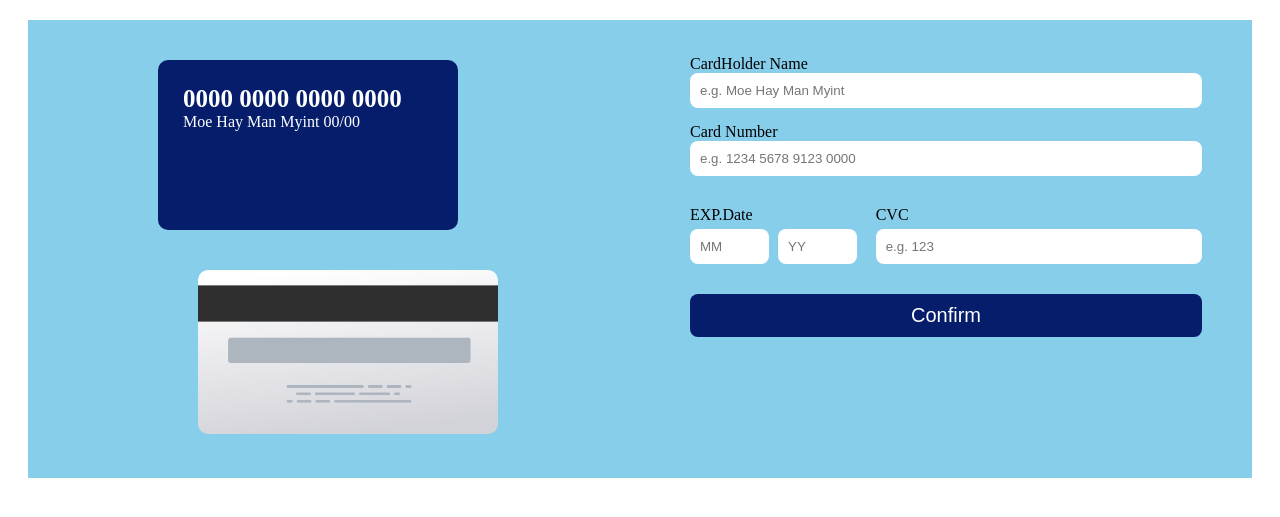
Repository: moehaymanmyint/Interactive-Card-Details-Form
Page: index.html
An editor plug-in stored every save of this project. The page is shown before and after a run of saves, followed by the edit.
The browser window is 1280 px wide. The pictures show the whole page.

Above is the page before, as saved 2024-10-16 22:26:12.

### index.html
<!DOCTYPE html>
<html lang="en">
<head>
    <meta charset="UTF-8">
    <meta name="viewport" content="width=device-width, initial-scale=1.0">
    <title>Interactive Card Details Form</title>
    <link rel="stylesheet" href="style.css">
</head>
<body>
    <div class="container">
        <!-- Left Side -->
    <div class="left-container">
        <div class="front-card">
            <div class="number">0000 0000 0000 0000</div>
            <span class="name">Moe Hay Man Myint</span>
            <span class="date">00/00</span>
        </div>
        <div class="back-card">
            <img src="./img/bg-card-back.png" alt="">
        </div>
    </div>

    <!-- Right Side -->
    <div class="right-container">
        <form action="">
            <div class="card-name">
                <label for="">CardHolder Name</label><br>
                <input type="text" placeholder="e.g. Moe Hay Man Myint" class="card-input">
            </div>
            <div class="card-number">
                <label for="">Card Number</label><br>
                <input type="number" placeholder="e.g. 1234 5678 9123 0000" class="card-input">
            </div>
            <div class="card-info">
                <div class="" style="width: 35%;">
                    <label for="">EXP.Date</label><br>
                    <input type="text" placeholder="MM" class="card-date">
                    <input type="text" placeholder="YY" class="card-date">
                </div>
                <div class="cvc" style="width: 65%;">
                    <label for="">CVC</label><br>
                    <input type="number" placeholder="e.g. 123" class="card-cvc">
                </div>
            </div>

            <div class="btn">
                <input type="submit" value="Confirm" class="confirm-btn">
            </div>
        </form>
    </div>
    </div>
</body>
</html>

### style.css
.container{
    background-color: skyblue;
    display: flex;
    justify-content: center;
    margin: 20px;
}

.left-container,
.right-container {
    margin: 20px 50px;
    width: 50%;
}

.front-card{
    background-color: rgb(5, 29, 107);
    color: white;
    padding: 25px;
    border-radius: 10px;
    height: 120px;
    width: 250px;
    margin: 20px 80px;
}

.front-card .number{
    font-size: 25px;
    font-weight: bold;
}

.back-card img{
    width: 300px;
    margin: 20px 40px;
    border-radius: 10px;
    margin-left: 120px;
}

.right-container div{
    margin: 15px 0;
}




.card-input {
    width: 100%;
    border: none;
    padding: 10px;
    border-radius: 8px;
    box-sizing: border-box;
}

.card-date {
    width: 45%;
    margin-top: 5px;
    margin-right: 5px;
    border: none;
    padding: 10px;
    border-radius: 8px;
    box-sizing: border-box;
}

.card-cvc {
    width: 100%;
    margin-top: 5px;
    border: none;
    padding: 10px;
    border-radius: 8px;
    box-sizing: border-box;
}

.confirm-btn {
    width: 100%;
    padding: 10px;
    border-radius: 8px;
    border: none;
    background-color: rgb(5, 29, 107);
    font-size: 20px;
    color: white;
    cursor: pointer;
}

.card-info {
    display: flex;
    justify-content: space-between;
    gap: 10px;
}

After the next 2 saves:
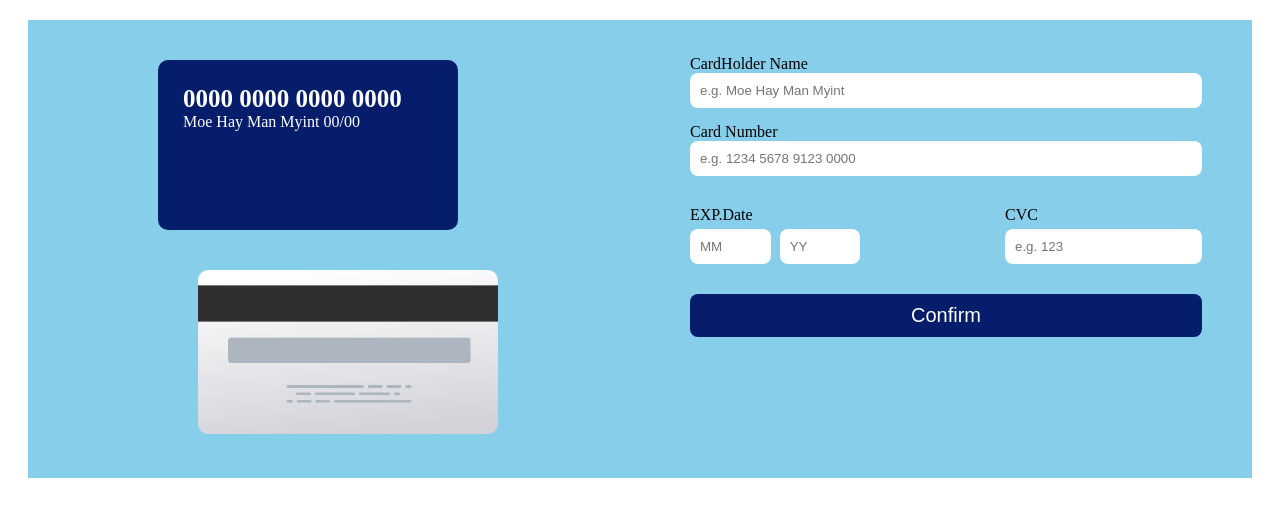
The 2 saves are shown as one change because they came seconds apart.
The last was saved 29 s later.
--- a/index.html
+++ b/index.html
@@ -37,7 +37,7 @@
                     <input type="text" placeholder="MM" class="card-date">
                     <input type="text" placeholder="YY" class="card-date">
                 </div>
-                <div class="cvc" style="width: 65%;">
+                <div class="cvc">
                     <label for="">CVC</label><br>
                     <input type="number" placeholder="e.g. 123" class="card-cvc">
                 </div>

After the save that followed:
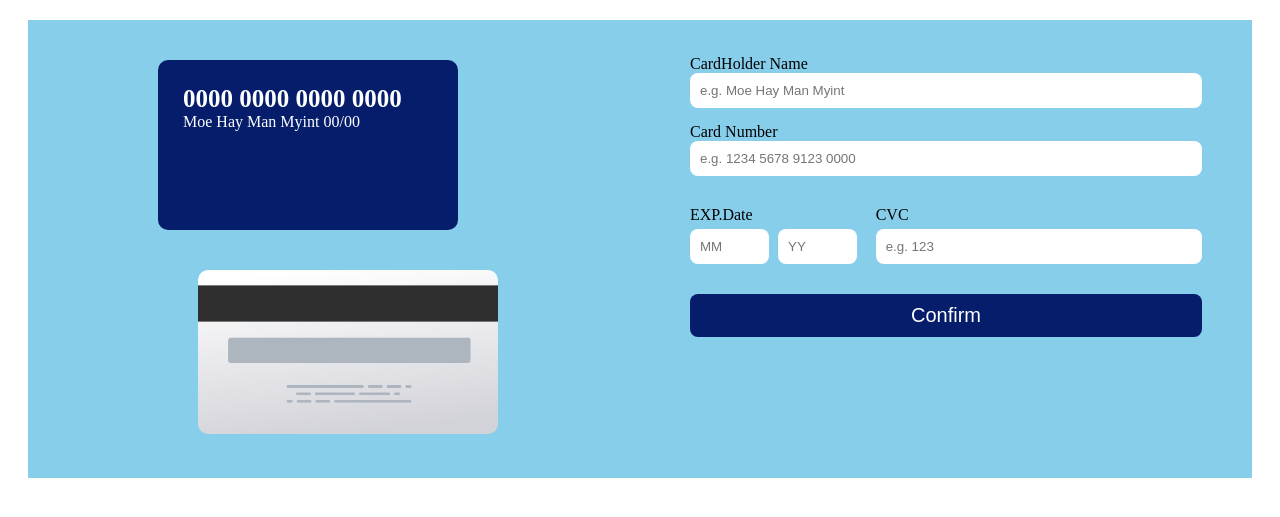
Saved 6 s later.
--- a/index.html
+++ b/index.html
@@ -37,7 +37,7 @@
                     <input type="text" placeholder="MM" class="card-date">
                     <input type="text" placeholder="YY" class="card-date">
                 </div>
-                <div class="cvc">
+                <div class="cvc" style="width: 65%;">
                     <label for="">CVC</label><br>
                     <input type="number" placeholder="e.g. 123" class="card-cvc">
                 </div>
